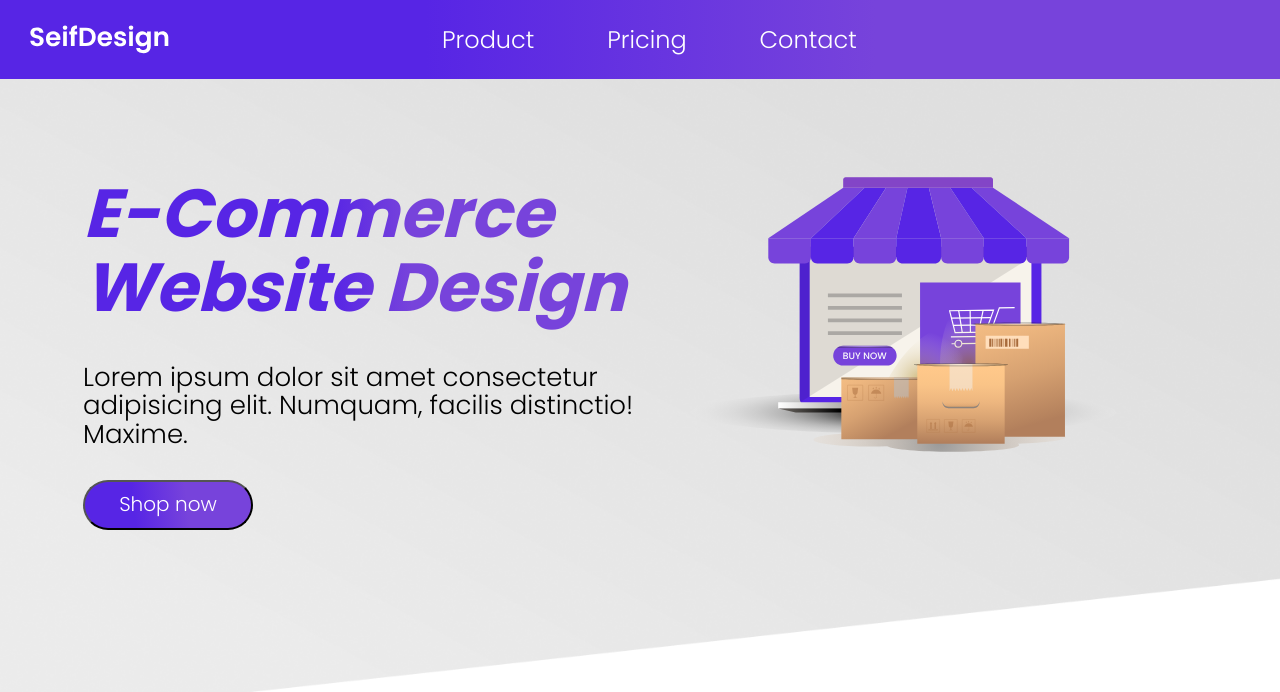
Repository: simralgasimov/newpage
Page: index.html
The author's editor kept a copy of each file at every save. The page is drawn from the files as they stood at one save, then again after a run of saves.
The browser window is 1280 px wide. The pictures show the whole page.
The style sheet was rebuilt from its Sass, Less or Tailwind sources for each picture, by a compiler version that may differ from the author's.

Above is the page before, as saved 2023-12-13 14:52:31.
Not found: index.js

### index.html
<!DOCTYPE html>
<html lang="en">
  <head>
    <meta charset="UTF-8" />
    <meta name="viewport" content="width=device-width, initial-scale=1.0" />
    <title>Document</title>
    <link rel="stylesheet" href="./reset.css" />
    <link rel="stylesheet" href="./index.css" />
  </head>
  <body>
    <div class="container">
      <nav>
        <!-- <div class="logo"> -->
          <img class="logo-img" src=".//image/SeifDesign.svg" alt="" />
        <!-- </div> -->
        <ul>
          <li><a href="#">Product</a></li>
          <li><a href="#">Pricing</a></li>
          <li><a href="#">Contact</a></li>
        </ul>
        <div class="burgerMenu">
          <img src="./image/Frame 1.svg" alt="" />
        </div>
      </nav>
      <div class="shopPage">
        <div class="box-1">
          <div class="rightPage">
            <h1>E-Commerce Website Design</h1>
            <p>
              Lorem ipsum dolor sit amet consectetur adipisicing elit. Numquam,
              facilis distinctio! Maxime.
            </p>
            <button><a href="#">Shop now</a></button>
          </div>
          <div class="leftPage">
            <img src=".//image/Group (1).svg" alt="" />
          </div>
        </div>
        <!-- <div class="page-2">
          <ul>
            <li>
              <img src="./image/Group (2).svg" alt="" />
              <p>Free shipping</p>
            </li>

            <li>
              <img src="./image/Vector (1).svg" alt="" />
              <p>Free shipping</p>
            </li>
            <li>
              <img src="./image/Group (3).svg" alt="" />
              <p>Free shipping</p>
            </li>
            <li>
              <img src="./image/Vector (2).svg" alt="" />
              <p>Free shipping</p>
            </li>
          </ul>
        </div> -->
      </div>
    </div>

  </body>
  <script src="./index.js"></script>
</html>

### index.scss
@import url("https://fonts.googleapis.com/css2?family=Poppins:wght@300;700&display=swap");
* {
    margin: 0;
    padding: 0;
    box-sizing: border-box;
}
.container {
    background-image: url('./image/Rectangle\ 3.png');
    background-repeat: no-repeat;
    background-size: 100% 100%;
    /* padding: 16px 83px 33px 83px; */
    min-height: 100vh;
    width: 100%;
    /* background: linear-gradient(270deg, #7743db 31.64%, #5725e5 66.78%); */
    @media screen and (max-width: 1024px) {
        padding: 21px 21px;
    }
    nav {
        display: flex;
        align-items: center;
        background: linear-gradient(270deg, #7743DB 31.64%, #5725E5 66.78%);
        padding: 20px 30px;
        @media screen and (max-width: 1024px) {
            display: flex;
            justify-content: space-between;
        }
        .burgerMenu {
            display: none;
            @media screen and (max-width: 1024px) {
                display: block;
            }
        }
        .logo-img {
            width: 139px;
            height: 39px;
        }
        @media screen and (max-width: 1024px) {
            width: 97px;
        }
        ul {
            @media screen and (max-width: 1024px) {
                display: none;
            }
            display: flex;
            list-style-type: none;
            margin-left: 200px;

            li {
                margin-left: 73px;

                a {
                    text-decoration: none;
                    width: 98px;
                    height: 30px;
                    color: #fff;
                    text-align: center;
                    font-family: Poppins;
                    font-size: 24px;
                    font-style: normal;
                    font-weight: 300;
                    line-height: normal;
                }
            }
        }
    }
}
.shopPage {
    .box-1 {
        padding: 98px 164px 43px 83px;
        display: flex;
        justify-content: center;
        .rightPage {
            h1 {
                margin-bottom: 32px;
                width: 608px;
                height: 154px;
                font-family: Poppins;
                font-size: 68px;
                font-style: italic;
                font-weight: 700;
                line-height: 109%; /* 74.12px */
                background: linear-gradient(268deg, #7743db 46.2%, #5725e5 59.09%);
                background-clip: text;
                -webkit-background-clip: text;
                -webkit-text-fill-color: transparent;
            }
            p {
                width: 608px;
                color: #000;
                font-family: Poppins;
                font-size: 26px;
                font-style: normal;
                font-weight: 300;
                line-height: 109%;
            }
            button {
                margin-top: 32px;
                display: flex;
                width: 170px;
                height: 50px;
                padding: 0px 24px;
                justify-content: center;
                align-items: center;
                flex-shrink: 0;
                border-radius: 25px;
                background: linear-gradient(263deg, #7743db 38.81%, #5725e5 70.24%);
                a {
                    text-decoration: none;
                    color: #fff;
                    font-family: Poppins;
                    font-size: 20px;
                    font-style: normal;
                    font-weight: 400;
                    line-height: 109%; /* 21.8px */
                }
            }
        }
        .leftPage {
            img {
                width: 100%;
            }
        }
    }
    .page-2 {
        ul {
            display: flex;
            justify-content: center;

            li {
                margin-left: 64px;
                position: relative;

                bottom: 120px;

                display: flex;
                width: 178px;
                height: 199px;
                padding: 10px;
                flex-direction: column;
                justify-content: center;
                align-items: center;
                gap: 18px;
                flex-shrink: 0;
                border-radius: 25px;
                background: #5725e5;
                img {
                    width: 139.997px;
                    height: 70px;
                }
                p {
                    color: #fff;
                    text-align: center;
                    font-family: Poppins;
                    font-size: 18px;
                    font-style: normal;
                    font-weight: 400;
                    line-height: 109%; /* 19.62px */
                }
            }
        }
    }
}

Loaded but not shown: reset.css (common file)

After the next 2 saves:
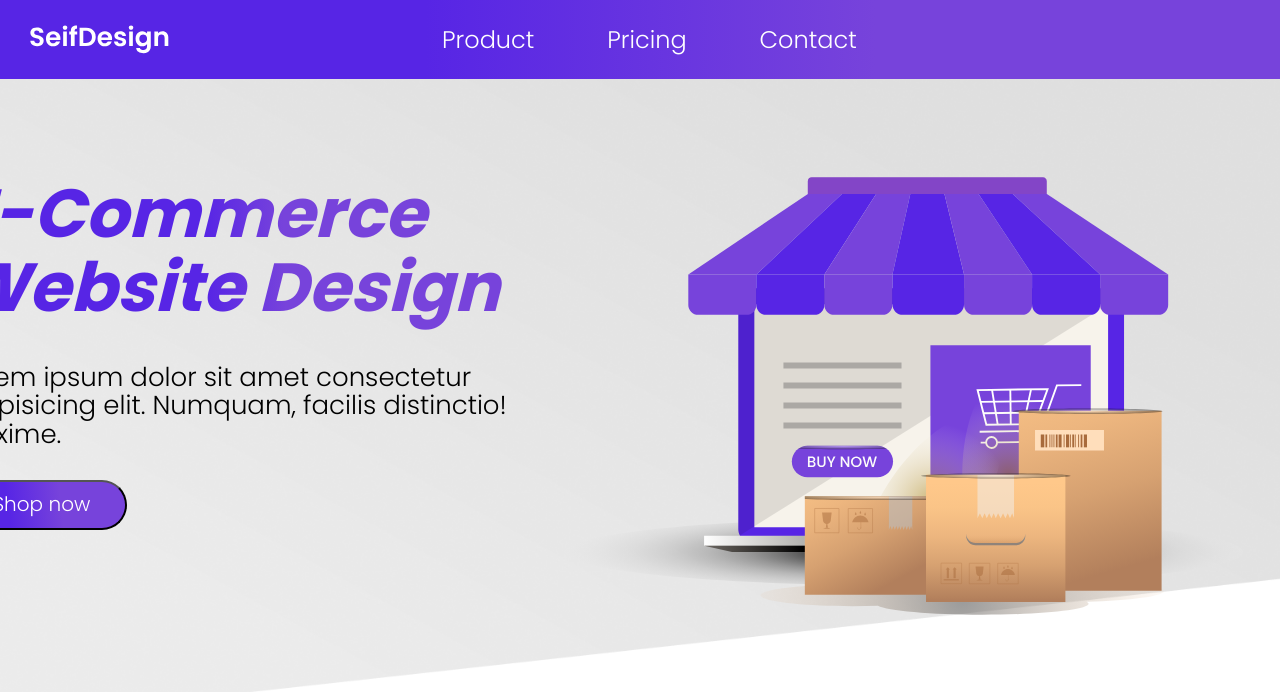
The 2 saves are shown as one change because they came seconds apart.
The last was saved 50 s later.
--- a/index.html
+++ b/index.html
@@ -32,9 +32,9 @@
             </p>
             <button><a href="#">Shop now</a></button>
           </div>
-          <div class="leftPage">
+
             <img src=".//image/Group (1).svg" alt="" />
-          </div>
+
         </div>
         <!-- <div class="page-2">
           <ul>
